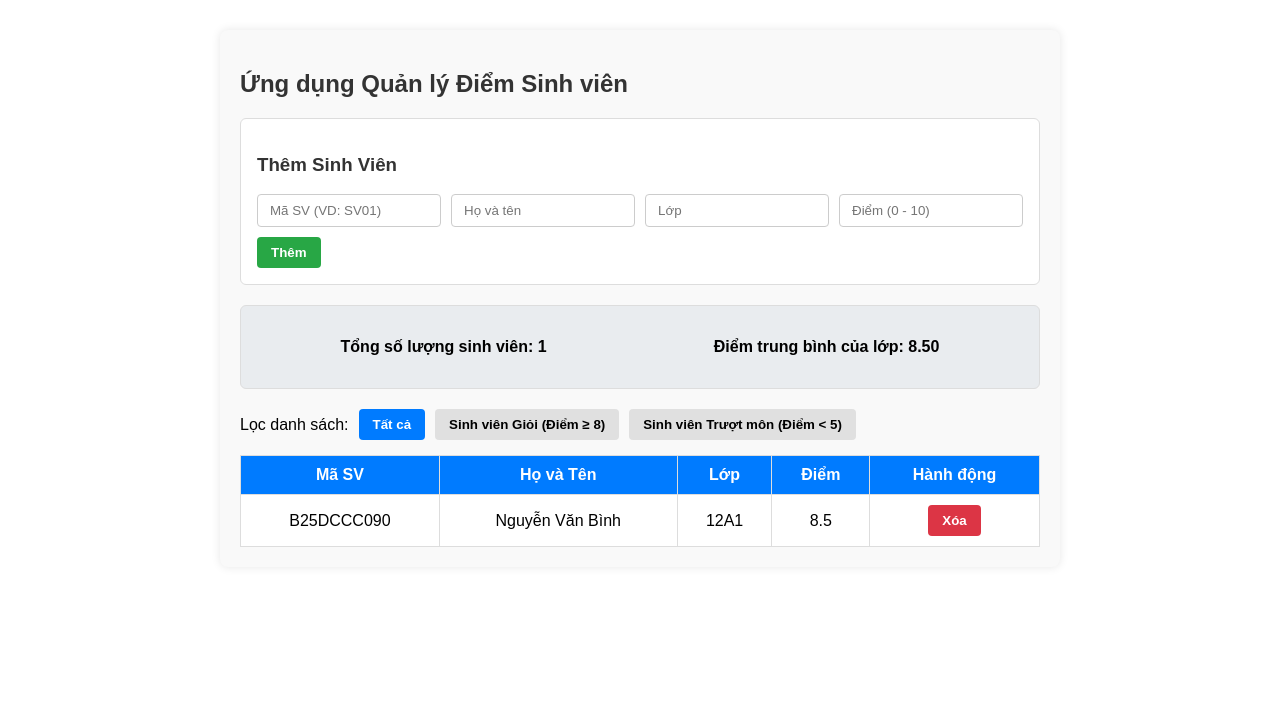
Repository: bachphamudu/B25DCCC030
Page: /
The author's editor kept a copy of each file at every save. The page is drawn from the files as they stood at one save, then again after a run of saves.
The browser window is 1280 px wide. The pictures show the whole page.
The project was rebuilt for these pictures with package versions that can differ from the ones it lists, and the page was loaded fresh each time.

Above is the page before, as saved 2026-10-15 09:53:19.

After the next 2 saves:
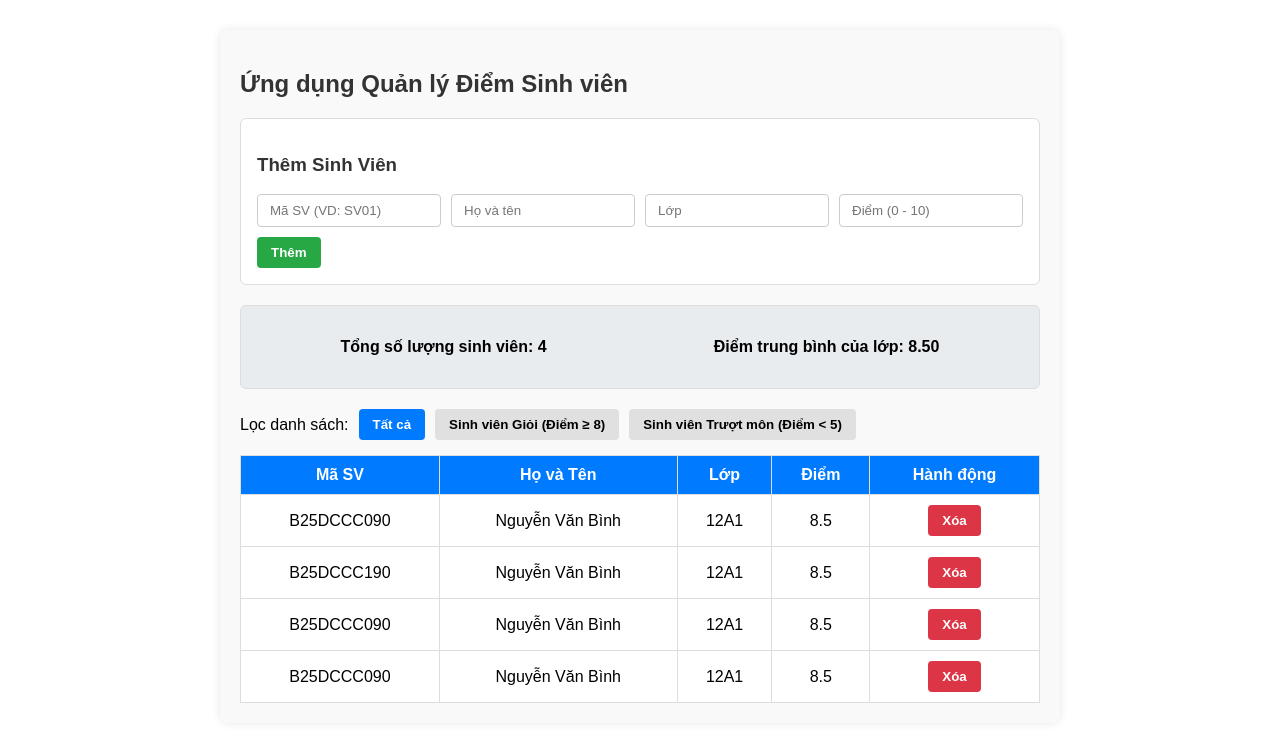
The 2 saves are shown as one change because they came seconds apart.
The last was saved 7 s later.
--- a/src/App.js
+++ b/src/App.js
@@ -54,6 +54,9 @@ const StudentTable = (sql) => {
 const App = () => {
   const [students, setStudents] = useState([
     { id: 'B25DCCC090', name: 'Nguyễn Văn Bình', score: 8.5, className: '12A1' },
+    { id: 'B25DCCC190', name: 'Nguyễn Văn Bình', score: 8.5, className: '12A1' },
+    { id: 'B25DCCC090', name: 'Nguyễn Văn Bình', score: 8.5, className: '12A1' },
+    { id: 'B25DCCC090', name: 'Nguyễn Văn Bình', score: 8.5, className: '12A1' },
 
   ]);
 
